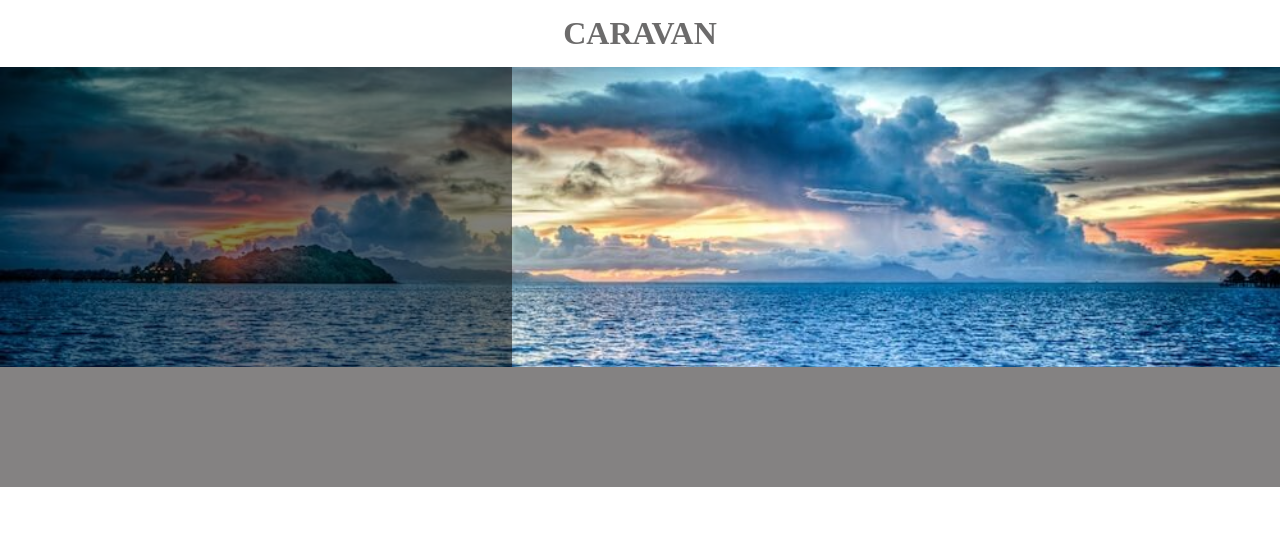
Repository: hayase-m/Webcamp
Page: caravan/index.html
The author's editor kept a record of every edit. The page is drawn from the files as they stood at one moment, then again after the next edit.
The browser window is 1280 px wide. The pictures show the whole page.

Above is the page before.

### caravan/index.html
<!DOCTYPE html>
<html lang="ja">
  <head>
    <meta charset="UTF-8" />
    <!-- CSSファイルの読み込み -->
    <link rel="stylesheet" href="style.css" />
    <title>CARAVAN</title>
  </head>

  <body>
    <!-- header -->
    <header>
      <h1 class="heading">
        <a href="index.html">
        CARAVAN
        </a>
      </h1>
    </header>

    <!-- main-visual用のdiv -->
    <div class="main-visual">
      <div class="main-visual-content"></div>
    </div>

    <!-- main用のdiv -->
    <div class="main">
      <div class="blog"></div>
      <div class="sidebar"></div>
    </div>

    <!-- footer -->
    <footer></footer>
  </body>
</html>

### caravan/style.css
/* ブラウザがそれぞれ持っているCSSをリセットするための記述 */
* {
  margin: 0;
  padding: 0;
  box-sizing: border-box;
  color: #6c6b6b;
}

a {
  text-decoration: none;
}

header {
  width: 90%; /* 横幅90% */
  padding: 15px 0;
  margin: 0 auto;
  text-align: center;
}

header .heading {
  /* headerタグ内のheadingクラスにのみ反映される */
  font-size: 32px;
}

.nav-list {
  text-align: center;
  padding: 10px 0;
  margin: 0 auto;
}

.nav-list-item {
  list-style: none;
  display: inline-block;
  margin: 0 20px;
}

.main-visual {
  width: 100%; /* 横幅いっぱい */
  height: 300px; /* 高さ300px */
  background-image: url(img/mv.jpg);
  background-size: cover; /* 縦横比を維持したまま背景領域を埋め尽くす */
  background-position: center; /* 背景画像を中央に配置 */
}

.main-visual-content {
  width: 40%; /* 横幅40% */
  height: 300px; /* 親の高さに揃える */
  background-color: rgba(0, 0, 0, 0.5); /* 背景色を半透明の黒にする */
  text-align: center; /* 文字を中央揃えにする */
  padding-top: 105px; /* 上側の内側余白で垂直方向の位置を調整 */
}

.main-visual-text {
  color: #fff; /* 文字色を白に変更 */
}

.main-visual-name {
  margin-top: 30px; /* 上側の外側の余白 */
  color: #fff; /* 文字色を白に変更 */
}

main {
  width: 800px; /* 横幅800px */
  display: flex; /* Flexboxの利用 */
  justify-content: center; /* 要素の横並び・中央寄せ */
  margin: 0 auto; /* 要素の中央揃え */
  padding: 70px 0; /* 上下に70px、左右に0pxの内側余白 */
}

.blog {
  width: 540px;
  margin-right: 30px; /* 領域の右側余白 */
}

.blog-heading {
  border-bottom: 8px solid #f7f7f7;
  text-align: center;
  line-height: 0.6;
}

.blog-item {
  padding-bottom: 20px;
  margin-bottom: 20px;
  border-bottom: 1px solid #f7f7f7;
}

.category {
  display: inline-block;
  padding: 5px 8px;
  background-color: #acabab;
  border-radius: 3px;
  color: #fff;
  font-size: 11px;
}

.sidebar {
  width: 230px;
}

footer {
  width: 100%;
  height: 120px;
  text-align: center;
  line-height: 120px;
  background-color: #848282;
}

.footer-text {
  color: #fff;
}

After the next edit:
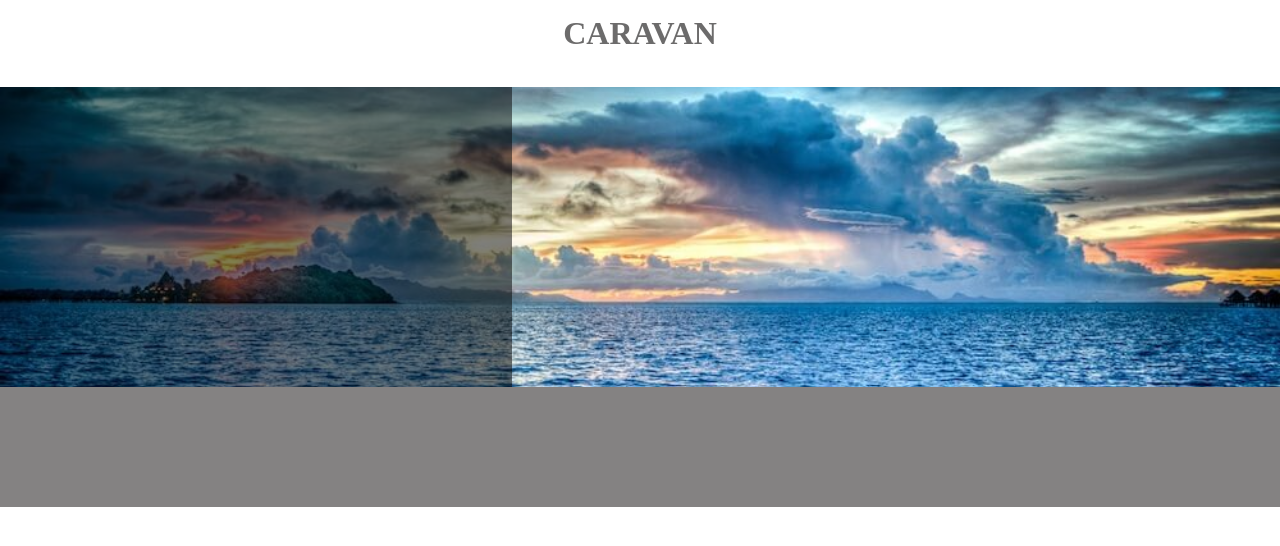
The edit:
--- a/caravan/index.html
+++ b/caravan/index.html
@@ -17,6 +17,11 @@
       </h1>
     </header>
 
+    <!-- navigation -->
+    <nav>
+      <ul class="nav-list"></ul>
+    </nav>
+
     <!-- main-visual用のdiv -->
     <div class="main-visual">
       <div class="main-visual-content"></div>
